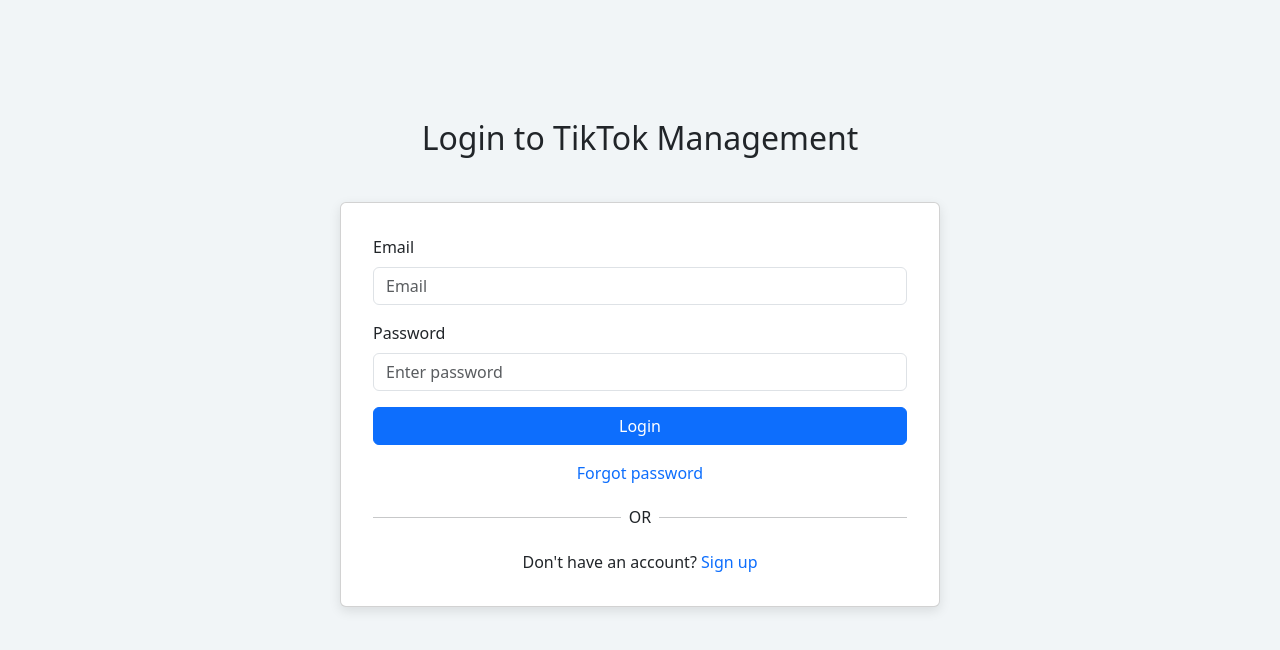
Repository: chaolaolo/tikcrm-fe
Page: /
The author's editor kept a copy of each file at every save. The page is drawn from the files as they stood at one save, then again after the next save.
The browser window is 1280 px wide. The pictures show the whole page.
The project was rebuilt for these pictures with package versions that can differ from the ones it lists, and the page was loaded fresh each time. Also part of the build but not shown: vite.config.ts, src/pages/Home/Settings.tsx, src/pages/Home/HomePage.tsx. Imported but missing from the stored project, and not drawn on this page: src/pages/Home/Dashboard, src/pages/Register/RegisterPage.

Above is the page before, as saved 2025-05-22 22:30:14.

After the next save:
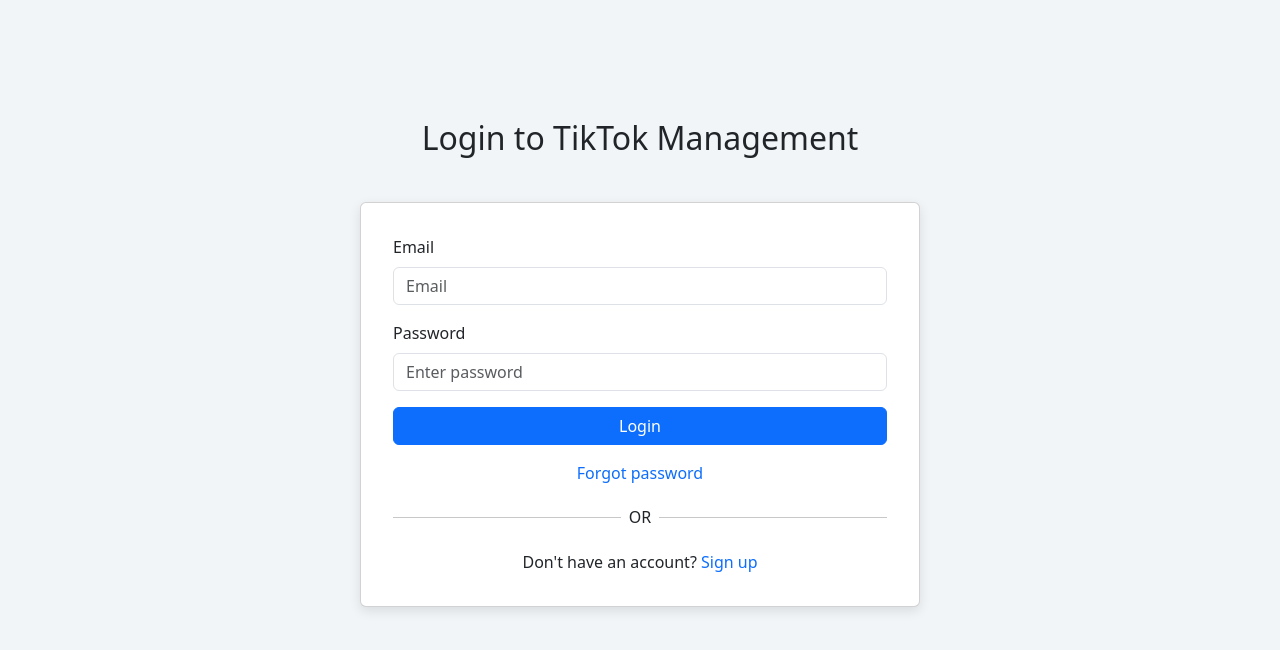
Saved 9 s later.
--- a/src/pages/Auth/LoginPage.tsx
+++ b/src/pages/Auth/LoginPage.tsx
@@ -17,8 +17,8 @@
           <p className="text-center mb-8 fs-2">Login to TikTok Management</p>
           <div className="card p-8 " style={{
             marginTop: '40px',
-            marginLeft: 'auto',
-            marginRight: 'auto',
+            marginLeft: '20px',
+            marginRight: '20px',
             backgroundColor: 'white',
             boxShadow: '0 4px 12px rgba(0, 0, 0, 0.1)'
           }}>
